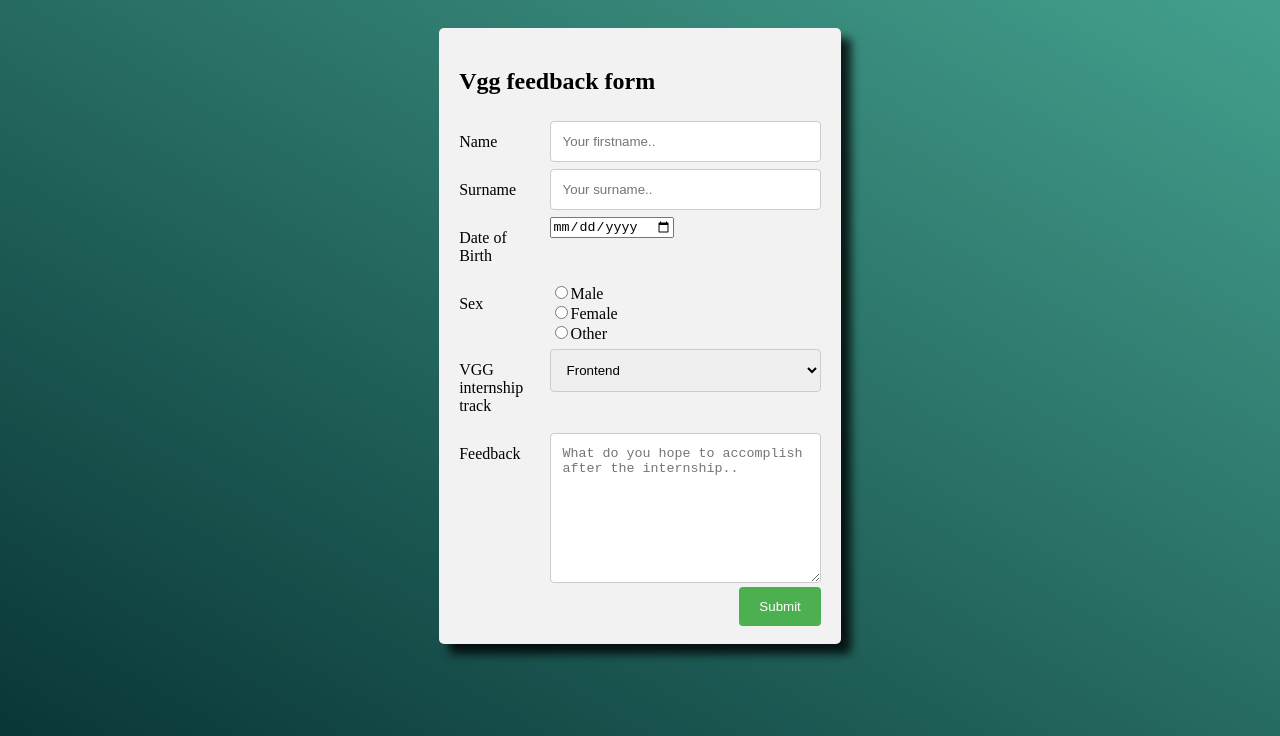
Repository: iphyokafor/VGG-Feedback-form
Page: index2.html
The author's editor kept a copy of each file at every save. The page is drawn from the files as they stood at one save, then again after the next save.
The browser window is 1280 px wide. The pictures show the whole page.

Above is the page before, as saved 2020-01-13 00:57:35.

### index2.html
<!DOCTYPE html>
<html lang="en">

<head>
    <meta charset="UTF-8">
    <meta name="viewport" content="width=device-width, initial-scale=1.0">
    <meta http-equiv="X-UA-Compatible" content="ie=edge">
    <title>VGG feedback form</title>
    <link rel="stylesheet" href="./main.css">
</head>

<body>
    <div class="container">
        <form>
            <h2 class="heading">Vgg feedback form</h2>
            <div class="row">
                <div class="col-25">
                    <label for="name">Name</label>
                </div>
                <div class="col-75">
                    <input type="text" class="txtinput" id="name" name="name" placeholder="Your firstname..">
                </div>
            </div>
            <div class="row">
                <div class="col-25">
                    <label for="surname">Surname</label>
                </div>
                <div class="col-75">
                    <input type="text" class="txtinput" id="surname" name="surname" placeholder="Your surname..">
                </div>
            </div>
            <div class="row">
                <div class="col-25">
                    <label for="dob">Date of Birth</label>
                </div>
                <div class="col-75">
                    <input type="date" id="date" name="date">
                </div>
            </div>
            <div class="row">
                <div class="col-25">
                    <label for="sex">Sex</label>
                </div>
                <div class="col-75">
                    <input type="radio" name="gender">Male<br>
                    <input type="radio" name="gender">Female<br>
                    <input type="radio" name="gender">Other
                </div>
            </div>
            <div class="row">
                <div class="col-25">
                    <label for="VGG internship">VGG internship track</label>
                </div>
                <div class="col-75">
                    <select id="VGG internship" name="VGG">
            <option value="frontend">Frontend</option>
            <option value="backend">Backend</option>
            <option value="ui/ux">UI/UX</option>
            <option value="software">Software Quality Assurance</option>
            <option value="devops">DevOps</option>
          </select>
                </div>
            </div>
            <div class="row">
                <div class="col-25">
                    <label for="feedback">Feedback</label>
                </div>
                <div class="col-75">
                    <textarea id="feedback" name="feedback" placeholder="What do you hope to accomplish after the internship.." style="height:150px"></textarea>
                </div>
            </div>
            <div class="row">
                <input type="submit" class="btn" value="Submit">
            </div>
        </form>
    </div>

</body>

</html>

### main.css
/* Style inputs, select elements and textareas */

body {
    display: flex;
    justify-content: center;
    flex-wrap: wrap;
    background: linear-gradient(to right top, #093637, #44A08D);
    background-repeat: no-repeat;
    height: 100vh;
}

.txtinput,
select,
textarea {
    width: 100%;
    padding: 12px;
    border: 1px solid #ccc;
    border-radius: 4px;
    box-sizing: border-box;
    resize: vertical;
}


/* Style the label to display next to the inputs */

label {
    padding: 12px 12px 12px 0;
    display: inline-block;
}


/* Style the submit button */

.btn {
    background-color: #4CAF50;
    color: white;
    padding: 12px 20px;
    border: none;
    border-radius: 4px;
    cursor: pointer;
    float: right;
    transition: all 1s;
}

.btn:hover {
    transform: scale(1.1);
}


/* Style the container */

.container {
    height: 80vh;
    margin-top: 20px;
    border-radius: 5px;
    background-color: #f2f2f2;
    padding: 20px;
    box-shadow: 10px 10px 10px rgba(0, 0, 0, 0.8);
    transition: border 0.15s linear 0s, linear 0s, color 0.15s linear 0s;
}


/* Floating column for labels: 25% width */

.col-25 {
    float: left;
    width: 25%;
    margin-top: 6px;
}


/* Floating column for inputs: 75% width */

.col-75 {
    float: left;
    width: 75%;
    margin-top: 6px;
}


/* Clear floats after the columns */

.row:after {
    content: "";
    display: table;
    clear: both;
}


/* Responsive layout - when the screen is less than 600px wide, make the two columns stack on top of each other instead of next to each other */

@media screen and (max-width: 600px) {
    .col-25,
    .col-75,
    input[type=submit] {
        width: 100%;
        margin-top: 0;
    }
}

After the next save:
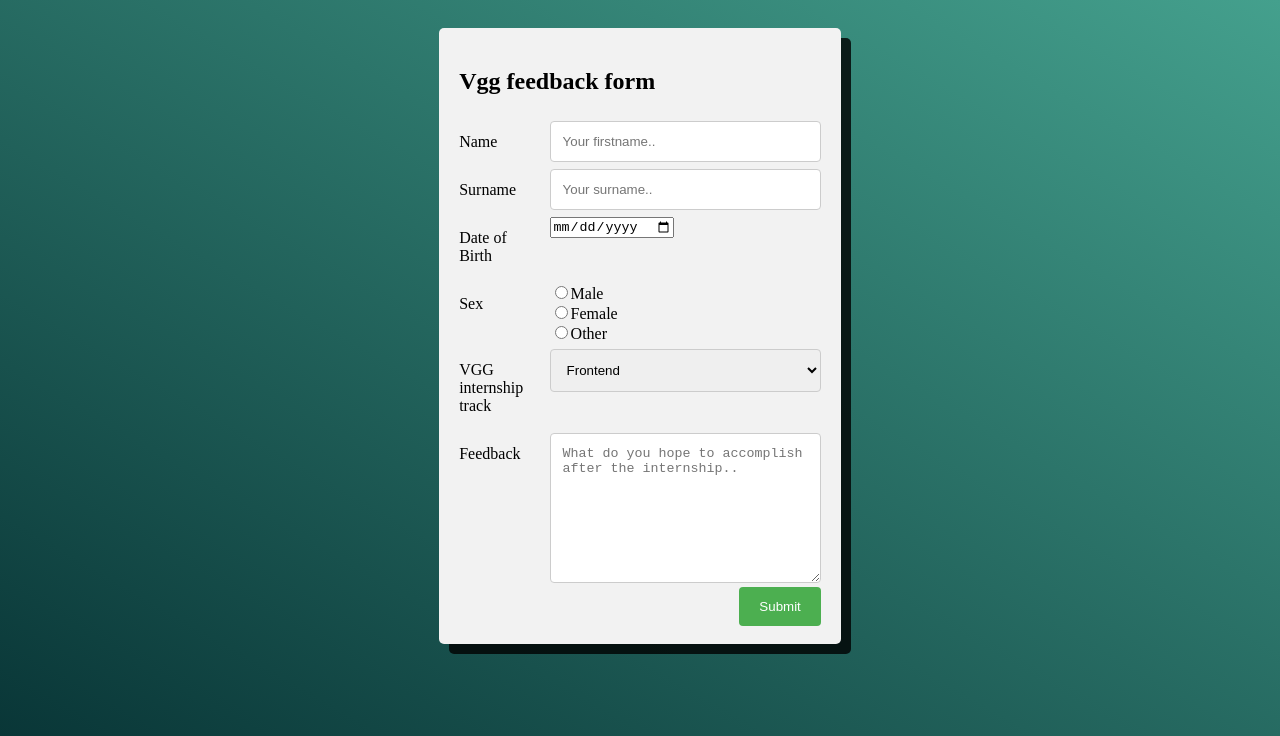
Saved 51 s later.
--- a/main.css
+++ b/main.css
@@ -55,7 +55,7 @@ label {
     border-radius: 5px;
     background-color: #f2f2f2;
     padding: 20px;
-    box-shadow: 10px 10px 10px rgba(0, 0, 0, 0.8);
+    box-shadow: 10px 10px 0 rgba(0, 0, 0, 0.8);
     transition: border 0.15s linear 0s, linear 0s, color 0.15s linear 0s;
 }
 
